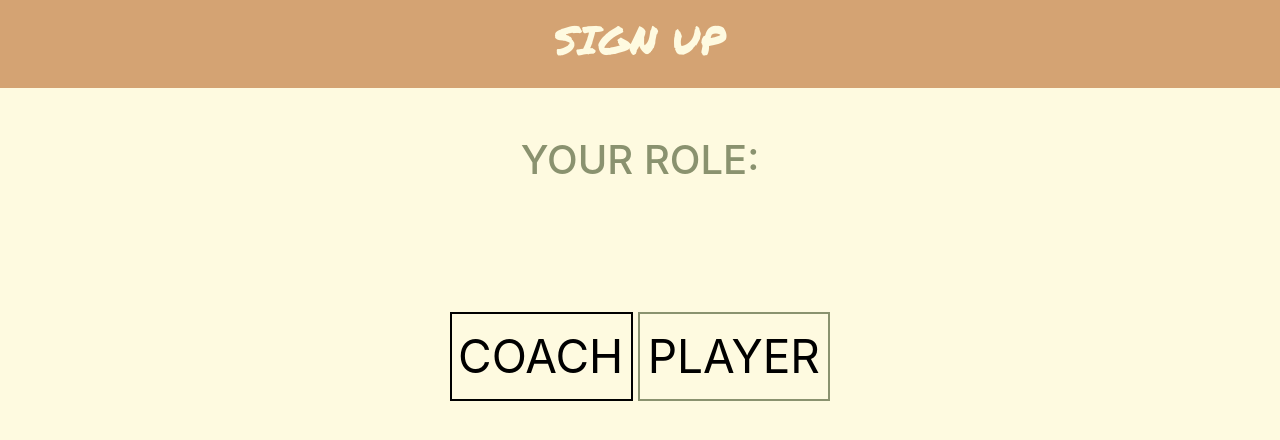
Repository: Aryaholmukhe/treasureHacks
Page: http://localhost/signup
These files come from the project's save history. The page is drawn as it stood at one moment and after the next save; the edit follows.
The browser window is 1280 px wide. The pictures show the whole page.
The page is served by the project's Node server (server.js).

Above is the page before, as saved 2022-03-27 00:32:38.

### views/signup/signup.ejs
<html lang="en">
<head>
    <meta charset="UTF-8">
    <meta http-equiv="X-UA-Compatible" content="IE=edge">
    <meta name="viewport" content="width=device-width, initial-scale=1.0">
    <link rel="stylesheet" href="https://cdn.jsdelivr.net/npm/bootstrap@4.6.1/dist/css/bootstrap.min.css">
    <script src="https://cdn.jsdelivr.net/npm/jquery@3.6.0/dist/jquery.slim.min.js"></script>
    <script src="https://cdn.jsdelivr.net/npm/popper.js@1.16.1/dist/umd/popper.min.js"></script>
    <script src="https://cdn.jsdelivr.net/npm/bootstrap@4.6.1/dist/js/bootstrap.bundle.min.js"></script>
    <link rel="preconnect" href="https://fonts.googleapis.com">
    <link rel="preconnect" href="https://fonts.gstatic.com" crossorigin>
    <link href="https://fonts.googleapis.com/css2?family=Permanent+Marker&display=swap" rel="stylesheet">
    <title>SIGN UP</title>
</head>
<body style="background-color: #FEFAE0">
    <div class="pt-3 pb-3" style="background-color: #D4A373; font-family: 'Permanent Marker', cursive; color: #FEFAE0">
        <h1 class="text-center">SIGN UP</h1>
    </div>

    <h1 class="text-center mt-5" style="color: #8A926F">YOUR ROLE:</h1>

    <div class="text-center" style="margin-top: 10%">
    <a href="./coach" ><button class="pl- pr-2 pt-2 pb-2" style="font-size: 46px; border: 2px solid ; background-color: transparent;" name="coach">COACH</button></a>
    <a  href="./player"><button class="pl-2 pr-2 pt-2 pb-2" style="font-size: 46px; border: 2px solid #8A926F; background-color: transparent" name="player">PLAYER</button></a>
    </div>

</body>
</html>

### server.js
//jshint esversion:6

const express = require("express");
const bodyParser = require("body-parser");
const mongoose = require("mongoose");
const _ = require("lodash");
const { join } = require("path");
require("dotenv").config();
const app = express();

// TWILIO STUFF

const accountSID = process.env.ACCOUNT_SID;
const authToken = process.env.AUTH_TOKEN;

const client = require('twilio')(accountSID, authToken);


app.set('view engine', 'ejs');

app.use(bodyParser.urlencoded({ extended: true }));
app.use(express.static("public"));

app.get("/auth_config.json", (req, res) => {
    res.sendFile(join(__dirname, "/auth_config.json"));
})

// for each team member
mongoose.connect("mongodb://localhost:27017/teamMembersDB", { useNewUrlParser: true });

const membersSchema = new mongoose.Schema({
    name: String,
    role: String,
    age: Number,
    email: String,
    phone: String,
    progress: []
});

let members = [];
let progressArr = []

const Member = mongoose.model("Member", membersSchema);

// to identify teams
const teamSchema = new mongoose.Schema({
    coachName: String,
    team: [{ name: String }, { sport: String }]
})

const progressSchema = new mongoose.Schema({
    progress: []
})
const Team = mongoose.model("Team", teamSchema);
const Progress = mongoose.model("Progress", progressSchema)
// When no members are present
const noMember = new Member({
    name: "No members yet"
})
const noProgress = new Progress({
    progress: ["No progress yet, add some"]
})


// get requests

app.get("/signup", (req, res) => {
    res.render("signup/signup")
})
let person = "";
app.get("/coach", (req, res) => {
    person = "Coach"
    res.render("signup/coach");
})

app.get("/player", (req, res) => {
    person = "Team Member"
    res.render("signup/player")
})

app.get("/", (req, res) => {
    Member.find({}, function (err, foundMembers) {

        if (foundMembers.length === 0) {
            members.push(noMember)
            Member.insertMany(members, function (err) {
                if (err) {
                    console.log(err);
                } else {
                    console.log("Successfully saved members to DB.");
                }
            });
            // res.redirect("/");
        } else {
            Member.deleteOne({ "name": "No members yet" }, (err, person) => {
                if (err) return handleError(err);
            })
            res.render('index', { allMembers: foundMembers, person: person })
        }
    });
})

app.get("/:personName", function (req, res) {
    const personName = _.capitalize(req.params.personName);

    Member.findById(personName, (err, per) => {
        if (!err) {
              console.log(per)
            res.render('account', { personInfo: per});
        } else {
            console.log(err)
        }
    })
});


// post requests


app.post("/", (req, res) => {

    const playerName = req.body.newPlayer;
    const role = req.body.newRole;
    const age = req.body.age;
    const phoneNumber = req.body.phoneNumber;
    const player = new Member({
        name: playerName,
        role: role,
        age: age,
        phone: phoneNumber
    })
    player.save();
    res.redirect("/")
})

app.post("/delete", function (req, res) {
    const checkedItemId = req.body.checkbox;

    Member.findByIdAndRemove(checkedItemId, function (err) {
        if (!err) {
            console.log("Successfully deleted checked item.");
            res.redirect("/");
        } else {
            console.log(err)
        }
    });


});

app.post("/coach", (req, res) => {
    const coachName = req.body.coachName;
    const teamName = req.body.teamName;
    const sportType = req.body.sportType;
    teams = new Team({
        coachName: coachName,
        team: [{ name: teamName, sport: sportType }]
    })
    res.redirect("/")
})

app.post("/player", (req, res)=>{
    const playerName = req.body.newPlayer;
    const role = req.body.newRole;
    const age = req.body.age;
    const phoneNumber = req.body.phoneNumber;
    const player = new Member({
        name: playerName,
        role: role,
        age: age,
        phone: phoneNumber
    })
    player.save();
    res.redirect("/")
})

app.post("/announcements", (req, res) => {
    const message = req.body.message;
    members.forEach(member => {
        if (member.phone) {
            client.message.create({
                to: member.phone,
                from: process.env.TWILIO_PHONE_NUMBER, //is this going to be dynamic?
                body: message
            }).then((message) => {
                console.log(message.sid)
            });
            res.redirect("/")
        } else {
            res.redirect("/")
        }
    })

})


app.listen(3000, function () {
    console.log("Server started on port 3000");
});

After the next save:
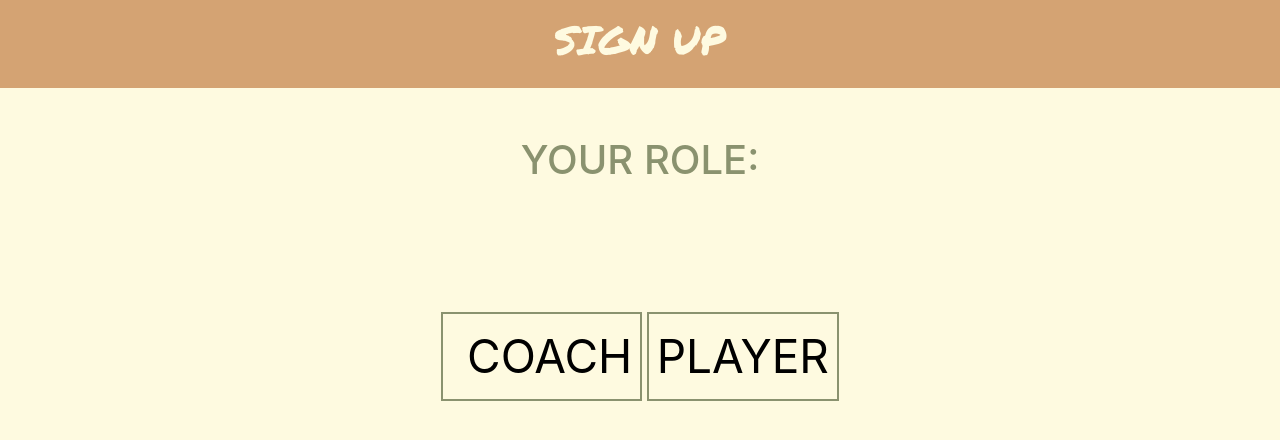
Saved 16 s later.
--- a/views/signup/signup.ejs
+++ b/views/signup/signup.ejs
@@ -20,7 +20,7 @@
     <h1 class="text-center mt-5" style="color: #8A926F">YOUR ROLE:</h1>
 
     <div class="text-center" style="margin-top: 10%">
-    <a href="./coach" ><button class="pl- pr-2 pt-2 pb-2" style="font-size: 46px; border: 2px solid ; background-color: transparent;" name="coach">COACH</button></a>
+    <a href="./coach" ><button class="pl-4 pr-2 pt-2 pb-2" style="font-size: 46px; border: 2px solid #8A926F; background-color: transparent; padding : 1%" name="coach">COACH</button></a>
     <a  href="./player"><button class="pl-2 pr-2 pt-2 pb-2" style="font-size: 46px; border: 2px solid #8A926F; background-color: transparent" name="player">PLAYER</button></a>
     </div>
 
